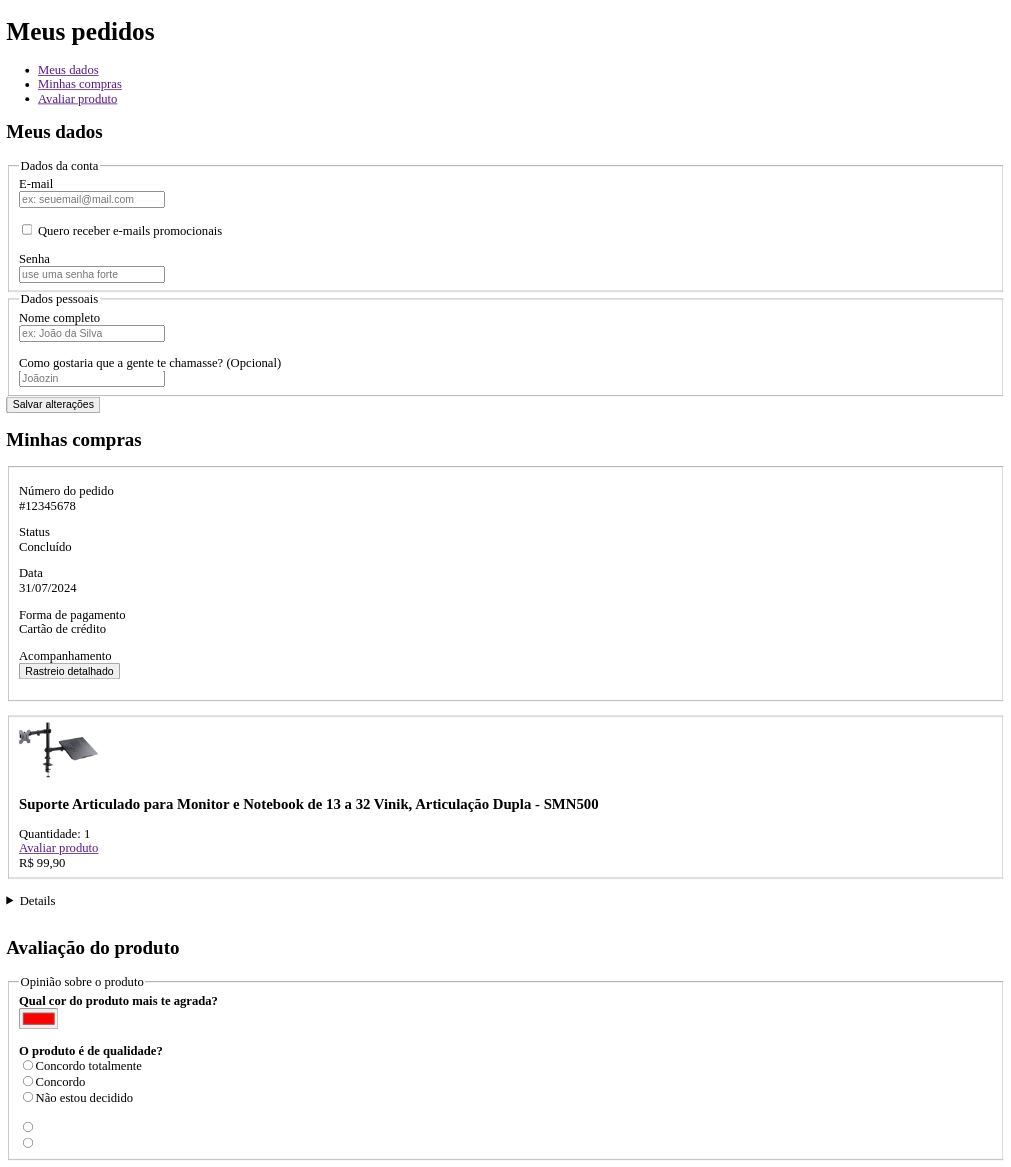
Repository: claudemir-camargo/site-compras
Page: index.html
The author's editor kept a copy of each file at every save. The page is drawn from the files as they stood at one save, then again after the next save.
The browser window is 1280 px wide. The pictures show the whole page, at 79% of full size.

Above is the page before, as saved 2024-03-03 23:04:15.

After the next save:
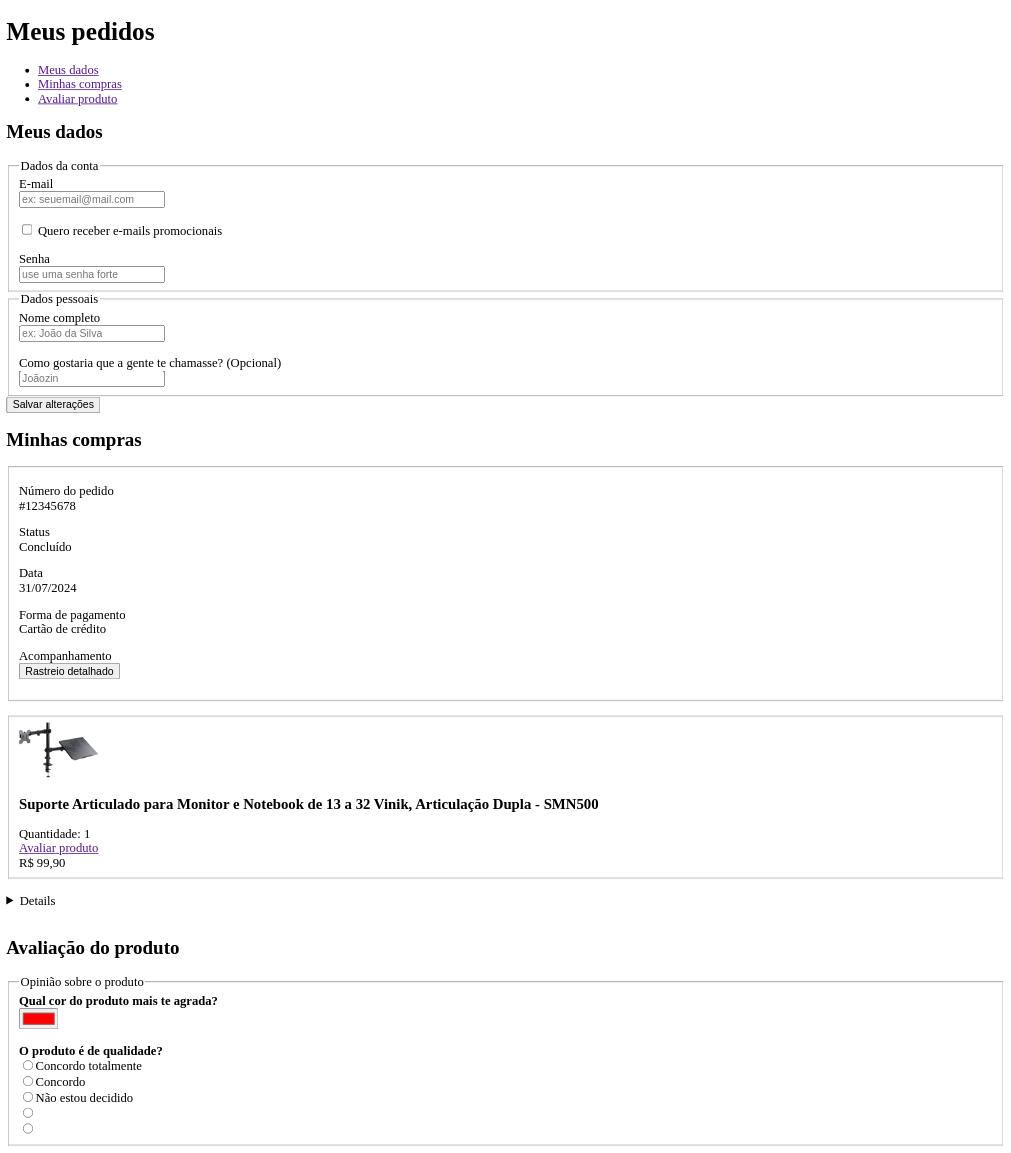
Saved 7 s later.
--- a/index.html
+++ b/index.html
@@ -88,7 +88,7 @@
             <label><strong>O produto é de qualidade?</strong></label><br>
             <input type="radio" name=><label>Concordo totalmente</label><br>
             <input type="radio" name=><label>Concordo</label><br>
-            <input type="radio"><label>Não estou decidido</label><br><br>
+            <input type="radio"><label>Não estou decidido</label><br>
             <input type="radio"><br>
             <input type="radio"><br>
 
